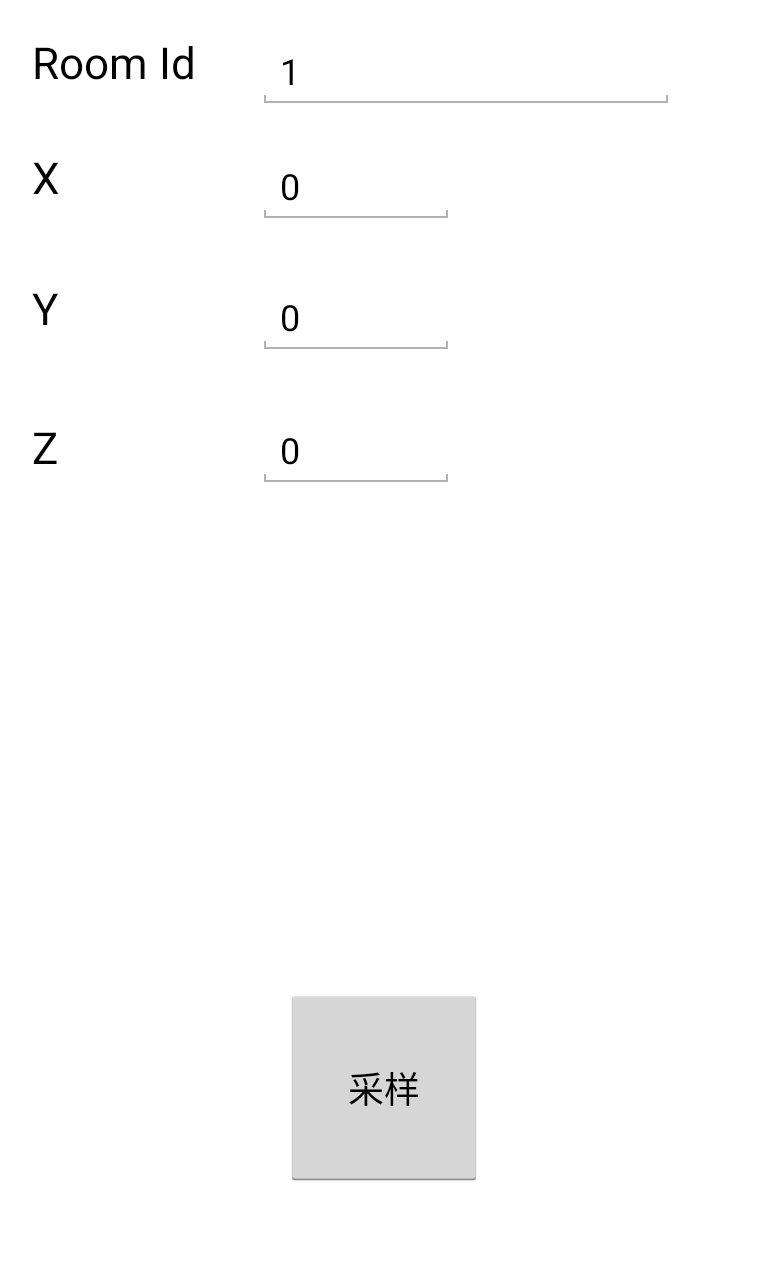
Repository: RenchuSong/tMap_Android
Layout: tmap_model_tool/res/layout/wifi_conllector.xml
These files come from the project's save history. The layout is drawn as it stood at one moment and after the next save; the edit follows.
It is drawn on a 768 x 1280 px phone screen (xhdpi) without system bars, with theme AppTheme; the app's code is not run.

Above is the layout before, as saved 2014-04-20 11:44:40.

### tmap_model_tool/res/layout/wifi_conllector.xml
<RelativeLayout xmlns:android="http://schemas.android.com/apk/res/android"
    xmlns:tools="http://schemas.android.com/tools"
    android:layout_width="match_parent"
    android:layout_height="match_parent"
    android:paddingBottom="@dimen/activity_vertical_margin"
    android:paddingLeft="@dimen/activity_horizontal_margin"
    android:paddingRight="@dimen/activity_horizontal_margin"
    android:paddingTop="@dimen/activity_vertical_margin"
    tools:context=".WifiCollector" >

    <TextView
        android:id="@+id/textView1"
        android:layout_width="wrap_content"
        android:layout_height="wrap_content"
        android:layout_alignParentLeft="true"
        android:layout_alignParentTop="true"
        android:text="Room Id"
        android:textAppearance="?android:attr/textAppearanceLarge" />

    <TextView
        android:id="@+id/textView2"
        android:layout_width="wrap_content"
        android:layout_height="wrap_content"
        android:layout_alignLeft="@+id/textView1"
        android:layout_below="@+id/textView1"
        android:layout_marginTop="28dp"
        android:text="X"
        android:textAppearance="?android:attr/textAppearanceLarge" />

    <TextView
        android:id="@+id/textView3"
        android:layout_width="wrap_content"
        android:layout_height="wrap_content"
        android:layout_alignLeft="@+id/textView2"
        android:layout_below="@+id/textView2"
        android:layout_marginTop="36dp"
        android:text="Y"
        android:textAppearance="?android:attr/textAppearanceLarge" />

    <TextView
        android:id="@+id/textView4"
        android:layout_width="wrap_content"
        android:layout_height="wrap_content"
        android:layout_alignLeft="@+id/textView3"
        android:layout_below="@+id/textView3"
        android:layout_marginTop="40dp"
        android:text="Z"
        android:textAppearance="?android:attr/textAppearanceLarge" />

    <EditText
        android:id="@+id/roomId"
        android:layout_width="wrap_content"
        android:layout_height="wrap_content"
        android:layout_marginLeft="30dp"
        android:layout_toRightOf="@+id/textView1"
        android:ems="10"
        android:text="1" >

    </EditText>

    <EditText
        android:id="@+id/x"
        android:layout_width="100dp"
        android:layout_height="wrap_content"
        android:layout_alignLeft="@+id/roomId"
        android:layout_alignTop="@+id/textView2"
        android:ems="10"
        android:text="0"  />

    <EditText
        android:id="@+id/y"
        android:layout_width="100dp"
        android:layout_height="wrap_content"
        android:layout_alignLeft="@+id/x"
        android:layout_alignTop="@+id/textView3"
        android:ems="10"
        android:text="0" >

    </EditText>

    <EditText
        android:id="@+id/z"
        android:layout_width="100dp"
        android:layout_height="wrap_content"
        android:layout_alignBaseline="@+id/textView4"
        android:layout_alignBottom="@+id/textView4"
        android:layout_alignLeft="@+id/y"
        android:ems="10"
        android:text="0" />

    <Button
        android:id="@+id/button1"
        android:layout_width="100dp"
        android:layout_height="100dp"
        android:layout_alignParentBottom="true"
        android:layout_centerHorizontal="true"
        android:layout_marginBottom="30dp"
        android:text="采样" />

</RelativeLayout>

Loaded but not shown: tmap_model_tool/res/values/styles.xml (common file); tmap_model_tool/res/values-v11/styles.xml (common file); tmap_model_tool/res/values-v14/styles.xml (common file); tmap_model_tool/res/values/dimens.xml (common file)

After the next save:
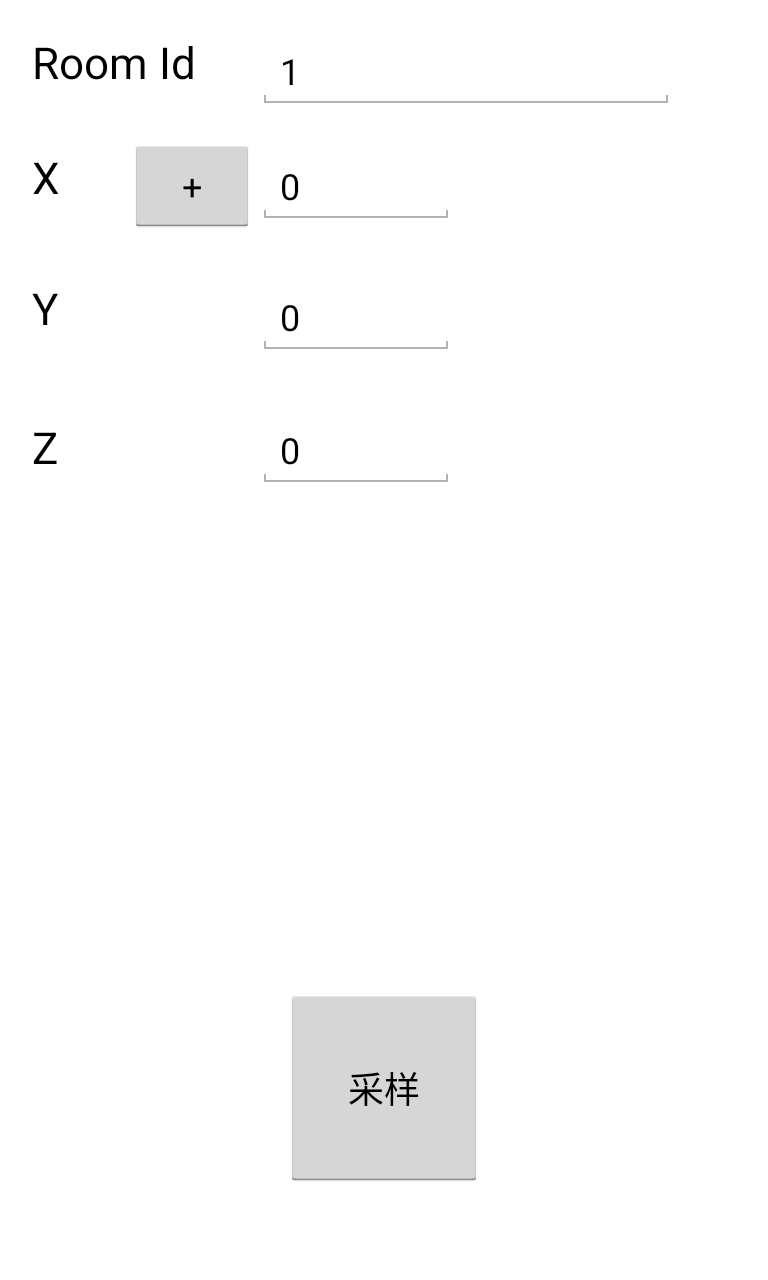
Saved 27 s later.
--- a/tmap_model_tool/res/layout/wifi_conllector.xml
+++ b/tmap_model_tool/res/layout/wifi_conllector.xml
@@ -97,4 +97,13 @@
         android:layout_marginBottom="30dp"
         android:text="采样" />
 
+    <Button
+        android:id="@+id/up_x"
+        android:layout_width="wrap_content"
+        android:layout_height="wrap_content"
+        android:layout_alignBaseline="@+id/x"
+        android:layout_alignBottom="@+id/x"
+        android:layout_toLeftOf="@+id/x"
+        android:text="+" />
+
 </RelativeLayout>
